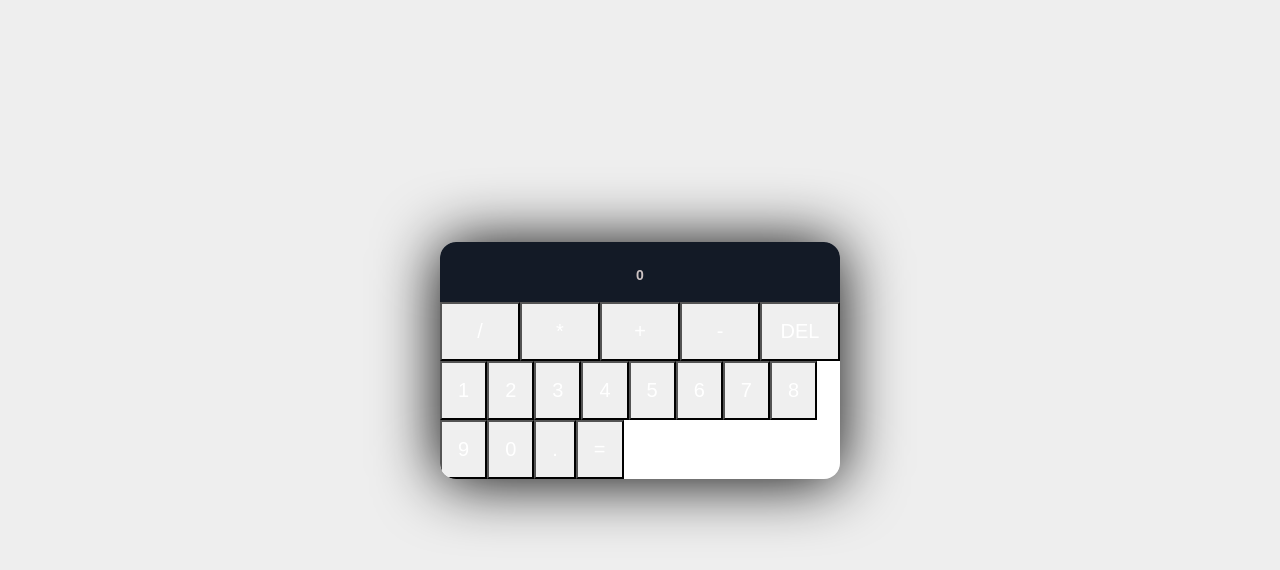
Repository: wakoya-tech/calculator-app
Page: /
The author's editor kept a copy of each file at every save. The page is drawn from the files as they stood at one save, then again after the next save.
The browser window is 1280 px wide. The pictures show the whole page.
The project was rebuilt for these pictures with package versions that can differ from the ones it lists, and the page was loaded fresh each time. Also part of the build but not shown: vite.config.js.

Above is the page before, as saved 2025-10-16 23:24:41.

After the next save:
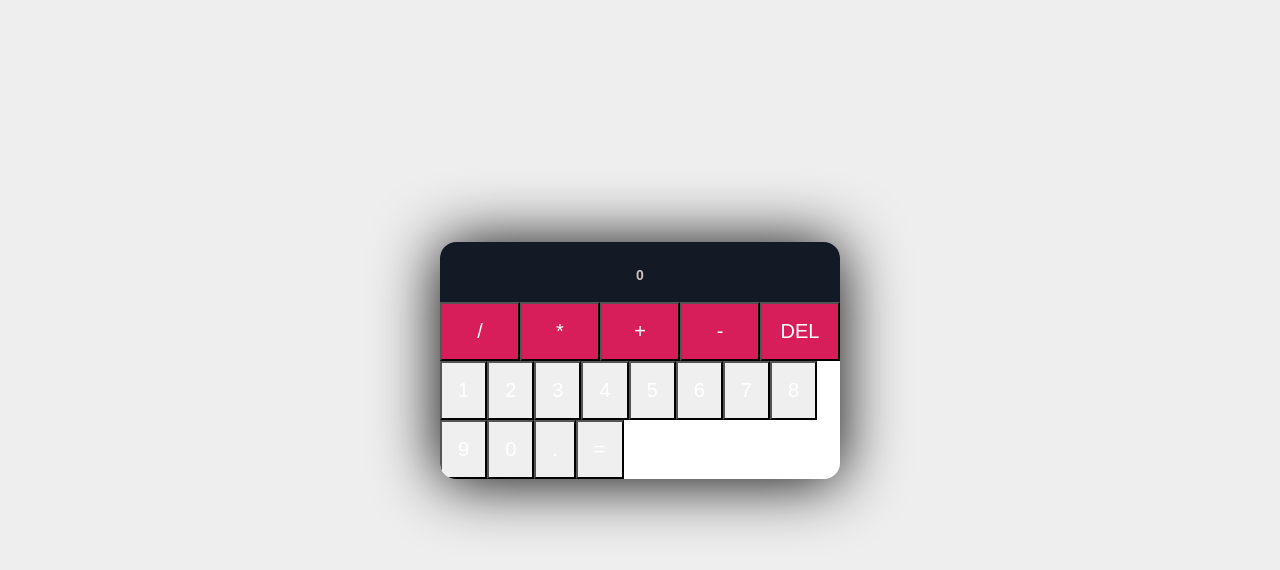
Saved 16 s later.
--- a/src/App.css
+++ b/src/App.css
@@ -59,4 +59,5 @@ button:hover{
 }
 .operators button{
   flex: 1 1 0%;
+  background-color: var(--primary);
 }
